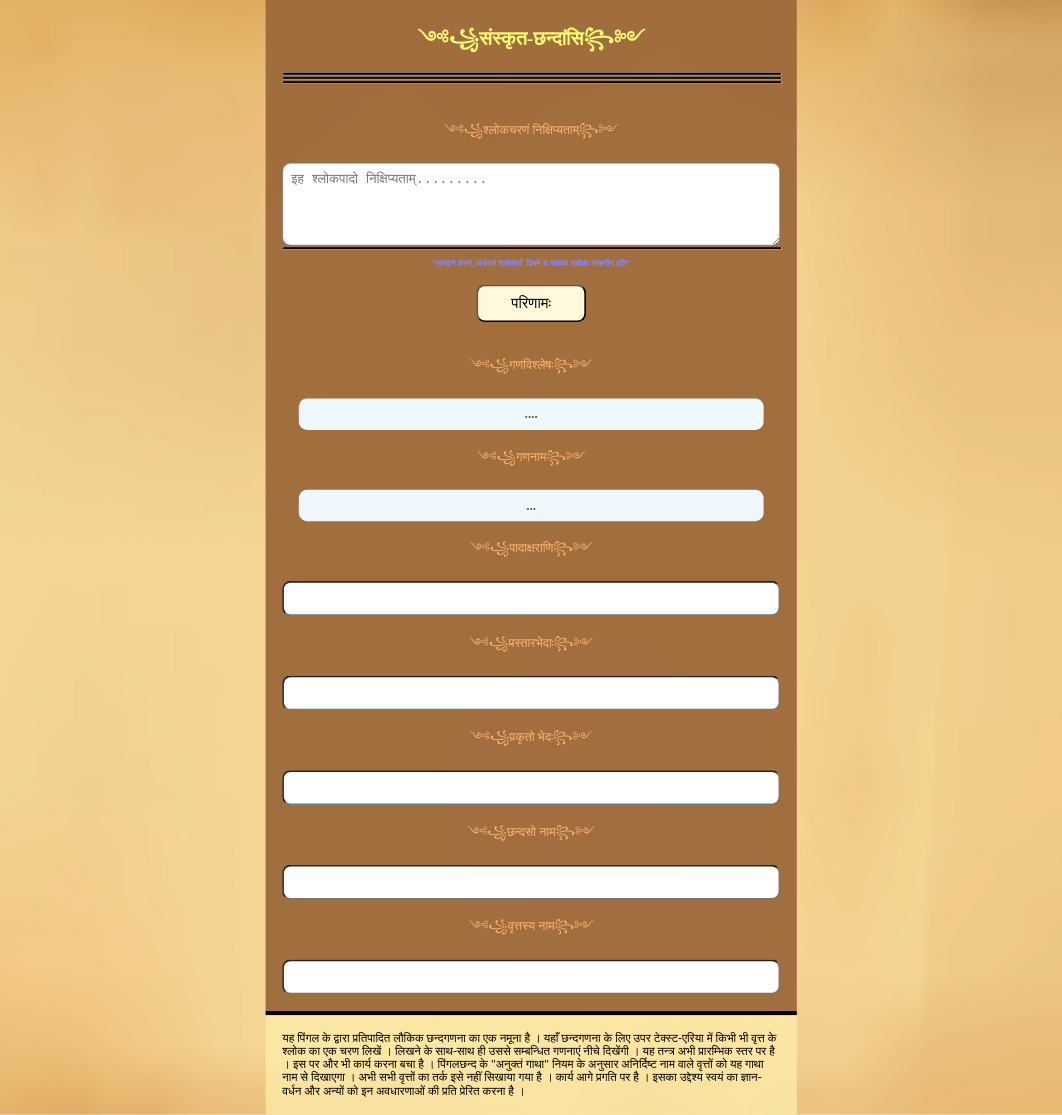
Repository: arshavak/pingala_chhand_shastram
Page: index.html
These files come from the project's save history. The page is drawn as it stood at one moment and after the next save; the edit follows.
The browser window is 1280 px wide. The pictures show the whole page, at 83% of full size.

Above is the page before, as saved 2024-10-20 17:07:44.

### index.html

<head>
<title>संस्कृत-छन्दांसि</title>
<meta name="viewport" content="width=device-width, initial-scale=1.0">

<link rel="stylesheet"  href="style.css">

</head>
<body>
<div class="contaner" id="contaner">

<h3>༺꧁संस्कृत-छन्दांसि꧂༻
</h3>
<hr><hr><hr><br>
<label for="h3">༺꧁श्लोकचरणं निक्षिप्यताम्꧂༻</label>

<textarea placeholder="इह श्लोकपादो निक्षिप्यताम्.........
" id="inp" onkeyup="lagabodhakam();"></textarea>
<hr>
<b id="note">*समवृत्ते चरणं, अर्धसमे श्लोकार्धं, विषमे च सकलः श्लोकः लेखनीय इति*</b>
<button id="btn" onclick="lagabodhakam()">परिणामः</button>
<label>༺꧁गणविश्लेषः꧂༻</label>
<h4 id="SI_vichched">....</h4>
<h4 id="falani"></h4>
<label>༺꧁गणनाम꧂༻</label>
<h4 id="fl">...</h4>
<label>༺꧁पादाक्षराणि꧂༻</label>
<input id="padaksharani" type="number"  readonly="" title="number"/>
<label>༺꧁प्रस्तारभेदाः꧂༻</label>
<input id="prastarabhedah" type="number" readonly="" title="number"/>
<label>༺꧁प्रकृतो भेदः꧂༻</label>
<input id="prakritobhedah" type="number" readonly="" title="number"/>
<label>༺꧁छन्दसो नाम꧂༻</label>
<input id="chhandasonama" type="text" readonly="" title="number"/>

<label>༺꧁वृत्तस्य नाम꧂༻</label>
<input id="vname" type="text" readonly="" title="number"/>
<span id="ktmtest"></span>

</div>

<div class="vivaran">

 <p>
     यह पिंगल के द्वारा प्रतिपादित लौकिक छन्दगणना का एक नमूना है ।
     यहाँ छन्दगणना के लिए उपर टेक्स्ट-एरिया में किभी भी वृत्त के  श्लोक का एक चरण लिखें । लिखने के साथ-साथ ही उससे सम्बन्धित गणनाएं नीचे  दिखेंगी । यह तन्त्र अभी प्रारम्भिक स्तर पर है । इस पर और भी कार्य करना बचा है । पिंगलछन्द के "अनुक्तं गाथा" नियम के अनुसार अनिर्दिष्ट नाम वाले वृत्तों  को यह गाथा नाम से दिखाएगा । अभी सभी वृत्तों का तर्क इसे नहीं सिखाया गया है । कार्य आगे प्रगति पर है । इसका उद्देश्य स्वयं का ज्ञान-वर्धन और अन्यों को इन अवधारणाओं की प्रति प्रेरित करना है ।

 </p>

</div>
<script src="Javascript files/main-script.js"></script>
<script src="Javascript files/vritt-script.js"></script>
<script src="Javascript files/gan-script.js"></script>
</body>

### style.css


*{
  padding: 0;
  margin: 0;

}

body {
  background-image: url("fotos/bgchh.png");
  background-position: center;
  background-repeat: no-repeat;

  background-size: cover;
  font-size: 20px;
}
label {
  margin-top: 15px;
  margin-bottom: 15px;
  display: block;
  font-size: 15px;
  color:#ffb670;
}

#note{
  font-size: 10px;
  margin-top: 10px;
  display: block;
  color: rgb(132, 134, 245);
}

textarea {
  min-width: 100%;
  resize: vertical;
  min-height: 100px;
  padding: 10px;
  border-radius: 10px;
  font-size: 16px;
}

input{
  outline: none;
  width: 100%;
  padding: 10px;
  border-radius: 10px;
  font-size: 16px;
}

#btn{
  margin: 20px;
  background-color: cornsilk;
  display: inline-block;
  padding: 10px 40px;
  border-radius: 10px;
  font-weight: 400px;
  font-size: 18px;
  cursor: pointer;
  transition: background-color 0.3s ease;
}

#btn :hover{
  background-color: #f9b93f;
}
#btn :active{
   transform: calc(.2);
}
.contaner{
  padding: 20px;
  position: relative;
  text-align: center;
  background-color: #9d693af0;
  max-width: 600px;
  margin: auto;

}
.vivaran{
  background-color: rgba(255, 241, 174, 0.686);
/* color: rgb(2, 98, 98); */
padding: 20px;
font-size: 14px;
max-width: 600px;
  margin: auto;
  border-top:5px solid #000000;
}

#falani{
  display:none
}
#ktmtest{
  font-size:0px;
}

h3{
  color:#fffd73;
}

h4 {
  color:#696700;
  margin: auto;
  word-wrap:break-word;
  font-weight:900;
  overflow-x:hidden;
  background-color: aliceblue;
  outline: none;
  width: 90%;
  padding: 10px;
  border-radius: 10px;
  font-size: 16px;
}

hr{
  background-color: #000000;
  height: 2px;
  width: 100%;
  border-radius: 20px;
  margin-top: 1px;
}

### Javascript files/gan-script.js
function gan(){
document.getElementById("fl").innerHTML="";
var x = document.getElementById("falani").innerText;
x=x.match(/.{1,3}/g);
var falam = document.getElementById("fl");
document.getElementById("SI_vichched").innerText=x;
for(var i = 0; i<x.length; i++){
if(x[i]=="ISI"){
falam.innerHTML+=`<b class="alrt" onclick="alert('कदा स ज्')">जगण</b>`;
}else
if(x[i]=="SSS"){
falam.innerHTML+= `<b class="alrt" onclick="alert('धीश्रीस्त्री म्')">मगण</b>`;
}else
if(x[i]=="ISS"){
falam.innerHTML+=`<b class="alrt" onclick="alert('वरा सा य्')">यगण</b>`;
}else

if(x[i]=="SIS"){
falam.innerHTML+=`<b class="alrt" onclick="alert('का गुहा र्')">रगण</b>`;
}else

if(x[i]=="IIS"){
falam.innerHTML+=`<b class="alrt" onclick="alert('वसुधा स्')">सगण</b>`;
}else

if(x[i]=="SSI"){
falam.innerHTML+=`<b class="alrt" onclick="alert('सा ते क्व त्')">तगण</b>`;
}else

if(x[i]=="SII"){
falam.innerHTML+=`<b class="alrt" onclick="alert('किं वद भ्')">भगण</b>`;
}else

if(x[i]=="III"){
falam.innerHTML+=`<b class="alrt" onclick="alert('न हसन्')">नगण</b>`;
}else

if(x[i]=="S"){
falam.innerHTML+=`<b class="alrt" onclick="alert('गन्ते , ध्रादिपरः , हे ')">गुरु</b>`;
}else

if(x[i]=="SS"){
falam.innerHTML+=`<b class="alrt" onclick="alert('गन्ते , ध्रादिपरः , हे ')">गुरुगुरु</b>`;
}else

if(x[i]=="SI"){
falam.innerHTML+=`<b class="alrt" onclick="alert('लघुगुरु')"> गुरुलघु</b>`;
}else

if(x[i]=="IS"){
falam.innerHTML+=`<b class="alrt" onclick="alert('लघुगुरु ')">लघुगुरु </b>`;
}else

if(x[i]=="II"){
falam.innerHTML+=`<b class="alrt" onclick="alert('लघु लघु')">लघु लघु</b>`;
}else

if(x[i]=="I"){
falam.innerHTML+=`<b class="alrt" onclick="alert('लघु')">लघु</b>`;
}else{
falam.innerHTML="......";
}}}

Loaded but not shown: Javascript files/main-script.js (no copy from this time; the picture is the same without it); Javascript files/vritt-script.js (no copy from this time; the picture is the same without it)

After the next save:
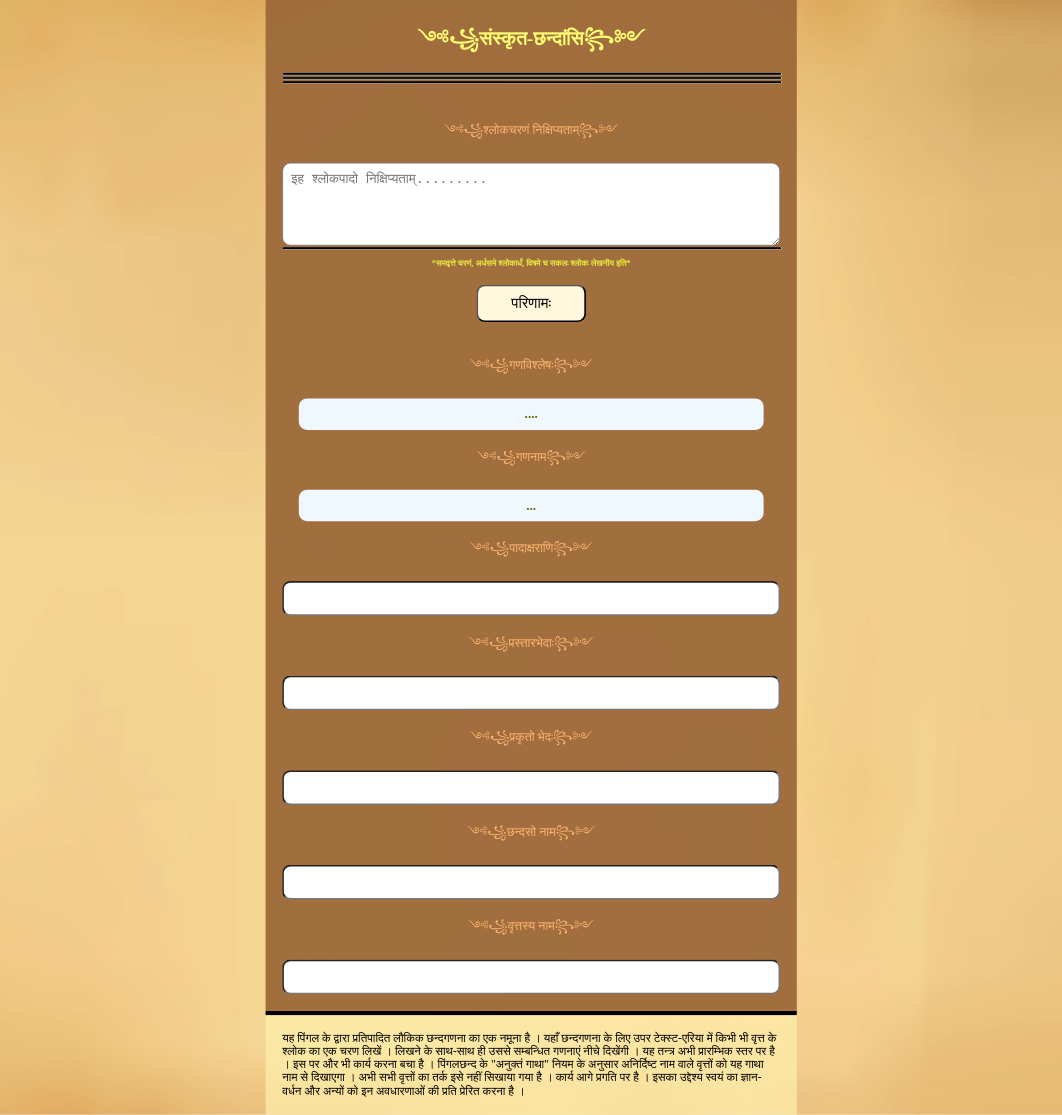
Saved 8 s later.
--- a/style.css
+++ b/style.css
@@ -26,7 +26,7 @@ label {
   font-size: 10px;
   margin-top: 10px;
   display: block;
-  color: rgb(132, 134, 245);
+  color: rgb(230, 230, 63);
 }
 
 textarea {
